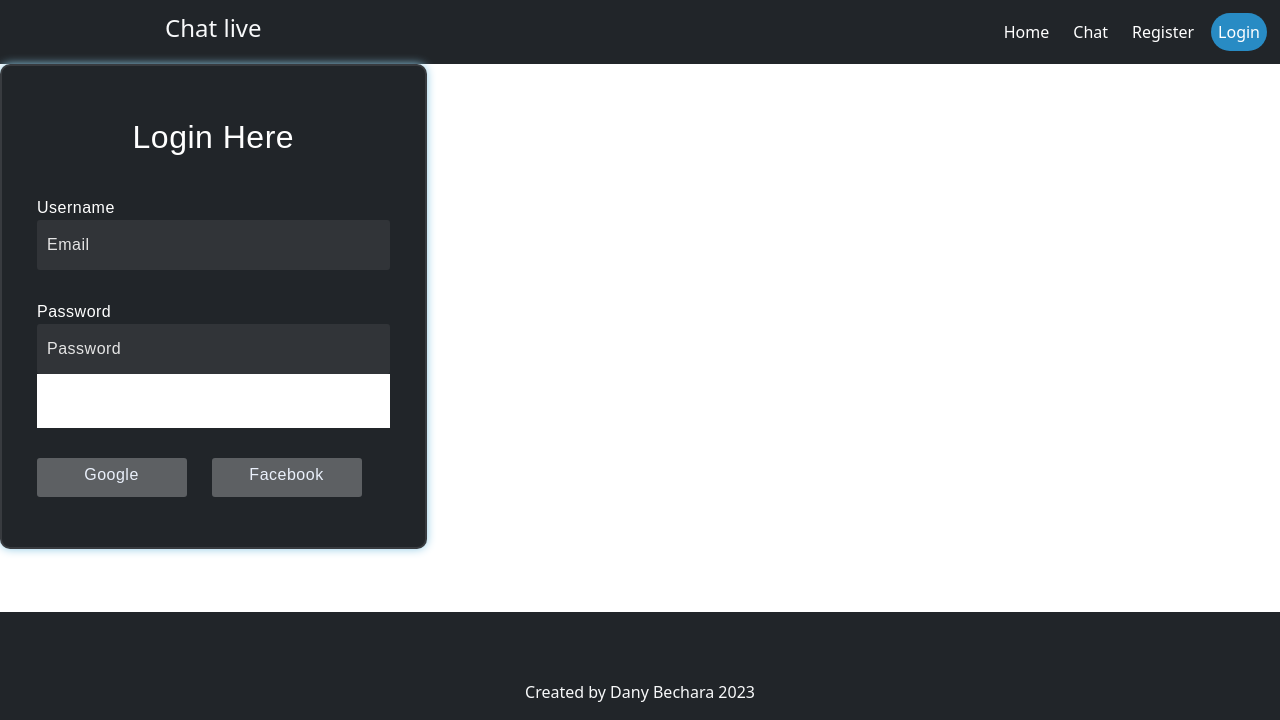
Repository: bechara611/chatv2
Page: /login
The author's editor kept a copy of each file at every save. The page is drawn from the files as they stood at one save, then again after the next save.
The browser window is 1280 px wide. The pictures show the whole page.
The project was rebuilt for these pictures with package versions that can differ from the ones it lists, and the page was loaded fresh each time. Also part of the build but not shown: src/index.css, src/auth/components/register.jsx, src/ui/components/Home.jsx.

Above is the page before, as saved 2023-03-03 10:18:02.

### src/index.js
import React from 'react';
import ReactDOM from 'react-dom/client';
import './index.css';
import App from './App';
import { BrowserRouter } from 'react-router-dom';
import 'bootstrap/dist/css/bootstrap.min.css'
import 'bootstrap/dist/js/bootstrap.bundle.js'

const root = ReactDOM.createRoot(document.getElementById('root'));
root.render(
  <BrowserRouter>
    <App />
    </BrowserRouter>
);

### src/App.js
import React from 'react'
import { Rutas } from './Router/Routes';
import { Header } from './ui/components/Header';
import './App.css'
import { Footer } from './ui/components/Footer';
const App = () => {
  return (
    <>
      <div className="contenedor-completo">
        <Header></Header>
        <Rutas></Rutas>
       <Footer></Footer>

      </div>
    </>
  )
}
export default App;

### src/Router/Routes.jsx
import React from 'react'
import { Navigate, Route, Routes } from 'react-router-dom'
import { Login } from '../auth/components/login'
import { Register } from '../auth/components/register'
import { Home } from '../ui/components/Home'

export const Rutas = () => {

    return (

        <Routes>
            <Route path='/' element={<Home></Home>}></Route>
            <Route path='/login' element={<Login></Login>}></Route>
            <Route path='/register' element={<Register></Register>}></Route>
            <Route path='/chat' element={<h1>chat</h1>}></Route>
            <Route path='/*' element={<Navigate to={'/'}></Navigate>}></Route>
        </Routes>

    )
}

### src/ui/components/Header.jsx
import React from 'react'
import { NavLink } from 'react-router-dom'
import './Header.css'
export const Header = () => {
  return (
    <>

      <div className=" bg-dark contenedor-header col-12">
        <div className="titulo-header col-sm-4 col-12">
          <h4 className='text-light'>Chat live</h4>

        </div>
        <div className="col-sm-8 col-12  contenedor-menu">
          <nav className=' m-2 nav'>

            <NavLink className={ ({isActive}) => `item-menu  ${ isActive ? 'activeLink':'' }` } to={'/'} >Home</NavLink>
            <NavLink className={ ({isActive}) => `item-menu  ${ isActive ? 'activeLink':'' }` } to={'/chat'} >Chat</NavLink>
            <NavLink className={ ({isActive}) => `item-menu  ${ isActive ? 'activeLink':'' }` } to={'/register'} >Register</NavLink>
            <NavLink className={ ({isActive}) => `item-menu  ${ isActive ? 'activeLink':'' }` } to={'/login'} >Login</NavLink>
            </nav>
        </div>




      </div>
    </>

  )
}

### src/App.css
.contenedor-completo{
    min-height: 100vh;
   position: relative;
}

### src/ui/components/Footer.jsx
import React from 'react'
import './Footer.css'


let linkdn="https://linkedin.com/in/DanyBechara";
let correo="mailto:bechara611@gmail.com";
let blank='_blank';
let github='https://github.com/bechara611';
let whatssap='https://wa.me/584120361952';

export const Footer = () => {
  return (
    <>
      {/*Aca este footer le estamos colocando una posicion absolute y a su padre relativa para poder ubicarlo al final de su div padre */}
      <div className="footer col-12 mt-5 pt-1 bg-dark">
      <a href={linkdn} target={blank} className='animate__animated animate__lightSpeedInLeft'><i className=" linkdin fa-brands fa-linkedin iconoRedes"></i></a>
      <a href={whatssap} target={blank}  className='animate__animated animate__lightSpeedInLeft'><i className="whatssap fa-brands fa-whatsapp iconoRedes"></i></a>
      <a href={correo} target={blank}  className='animate__animated animate__lightSpeedInLeft'><i className="gmail fa-solid  fa-envelope iconoRedes"></i></a>
      <a href={github} target={blank}  className='  animate__animated animate__lightSpeedInLeft'><i className=" github fa-brands fa-github iconoRedes"></i></a>

     <div className="col-12 contenedor-mensaje-footer mt-1">
     <div className="col-12 contenedor-mensaje-footer">
     <p className='mensaje text-light'>Created by Dany Bechara {new Date().getFullYear().toString()}</p>
     </div>

     </div>
      </div>
    </>

  )
}

### src/auth/components/login.jsx
import React from 'react'
import './login.css'
export const Login = () => {
    return (
        <>
            <div className="col-12 contenedor-loginRegistro">
                <div className="col-4">
                    <form className='bg-dark formularioLoginRegister'>
                        <h3>Login Here</h3>

                        <label htmlFor="username">Username</label>
                        <input type="text" placeholder="Email" id="username"></input>

                        <label htmlFor="password">Password</label>
                        <input type="password" placeholder="Password" id="password"></input>

                        <button>Log In</button>
                        <div className="social">
                            <div className="go"><i className="fab fa-google"></i>  Google</div>
                            <div className="fb"><i className="fab fa-facebook"></i>  Facebook</div>
                        </div>
                    </form>
                </div>
            </div>

            <div className="m-5 separador bg-primary"></div>
        </>
    )
}

### src/ui/components/Header.css
.contenedor-header{
    display: flex;
    flex-direction: row;
    flex-wrap: wrap;
}
.titulo-header{
    text-align: center;
    padding: 5px;
    display: flex;
    flex-direction: row;
    justify-content: center;
    align-items: center;
    align-self: center;
}
.contenedor-menu{
    display: flex;
    flex-direction: row;
    flex-wrap: nowrap;
    justify-content: flex-end;

}
.item-menu{
   margin: 5px;
   text-decoration: none;
   color: white;
  transition: all 1s ease;
   padding: 7px;
   border-radius: 20px;
}
.activeLink{
    background: rgb(40, 139, 196);
}
.item-menu:hover{
    text-decoration: none;
    background: rgb(40, 139, 196);
    color: white;
}

@media(max-width:577px){
.contenedor-menu{
        justify-content: center;
        text-align: center;
        align-self: center;
        align-items: center;
        flex-wrap: nowrap;
    }
    .nav{
        justify-content: center;
        text-align: center;
        align-self: center;
        align-items: center;
        flex-wrap: nowrap;
    }
    .item-menu{
    padding: 0px;
    }
}

### src/ui/components/Footer.css
.footer {

    background: #e5e5e5;
    position: absolute;
    bottom: 0%;
    display: flex;
    flex-direction: row;
    justify-content: center;
    text-align: center;
    align-items: center;
    justify-items: center;
    flex-wrap: wrap;

}


.iconoRedes {
    font-size: 40px;
    padding-left: 10px;
    margin: 5px;

}

.github:hover {
    color: #4b3074;

}
.github{
    color: #6e5494;
}

.whatssap:hover {
    color: #0c903c;
}
.whatssap{
    color: #25d366;

}

.gmail:hover {
    color: #e65f5f;
}

.gmail{
    color: #cc0000;
}

.linkdin:hover {
    color: #0780ac;
}

.linkdin{
    color: #0377a1;
}

.contenedor-mensaje-footer {
    display: flex;
    flex-direction: row;
    justify-content: center;
    text-align: center;
    align-items: center;
    justify-items: center;
}

/*?RESPONSIVE*/

@media(max-width:255px) {
    .iconoRedes {
        font-size: 30px;
        padding-left: 5px;
    }

    .mensaje {
        font-size: 10px;
    }
}

### src/auth/components/login.css
*,
*:before,
*:after{
    padding: 0;
    margin: 0;
    box-sizing: border-box;
}



  .formularioLoginRegister{
    margin-bottom: 100px;
    background-color: rgb(29, 29, 29,.6);
    top: 50%;
    left: 50%;
    border-radius: 10px;
    backdrop-filter: blur(10px);
    border: 2px solid rgba(255,255,255,0.1);
    box-shadow: 0 0 10px rgba(142, 201, 228, 1);
    padding: 50px 35px;
}
.formularioLoginRegister *{
    font-family: 'Poppins',sans-serif;
    color: #ffffff;
    letter-spacing: 0.5px;
    outline: none;
    border: none;
}
.formularioLoginRegister h3{
    font-size: 32px;
    font-weight: 500;
    line-height: 42px;
    text-align: center;
}

label{
    display: block;
    margin-top: 30px;
    font-size: 16px;
    font-weight: 500;
}
input{
    display: block;
    height: 50px;
    width: 100%;
    background-color: rgba(255,255,255,0.07);
    border-radius: 3px;
    padding: 0 10px;
    margin-top: 8px;
    font-size: 14px;
    font-weight: 300;
}
::placeholder{
    color: #e5e5e5;
}
button{
    margin-top: 50px;
    width: 100%;
    background-color: #ffffff;
    color: #080710;
    padding: 15px 0;
    font-size: 18px;
    font-weight: 600;
    border-radius: 5px;
    cursor: pointer;
}
.social{
  margin-top: 30px;
  display: flex;
}
.social div{
  background: red;
  width: 150px;
  border-radius: 3px;
  padding: 5px 10px 10px 5px;
  background-color: rgba(255,255,255,0.27);
  color: #eaf0fb;
  text-align: center;
}
.social div:hover{
  background-color: rgba(255,255,255,0.47);
}
.social .fb{
  margin-left: 25px;
}
.social i{
  margin-right: 4px;
}

After the next save:
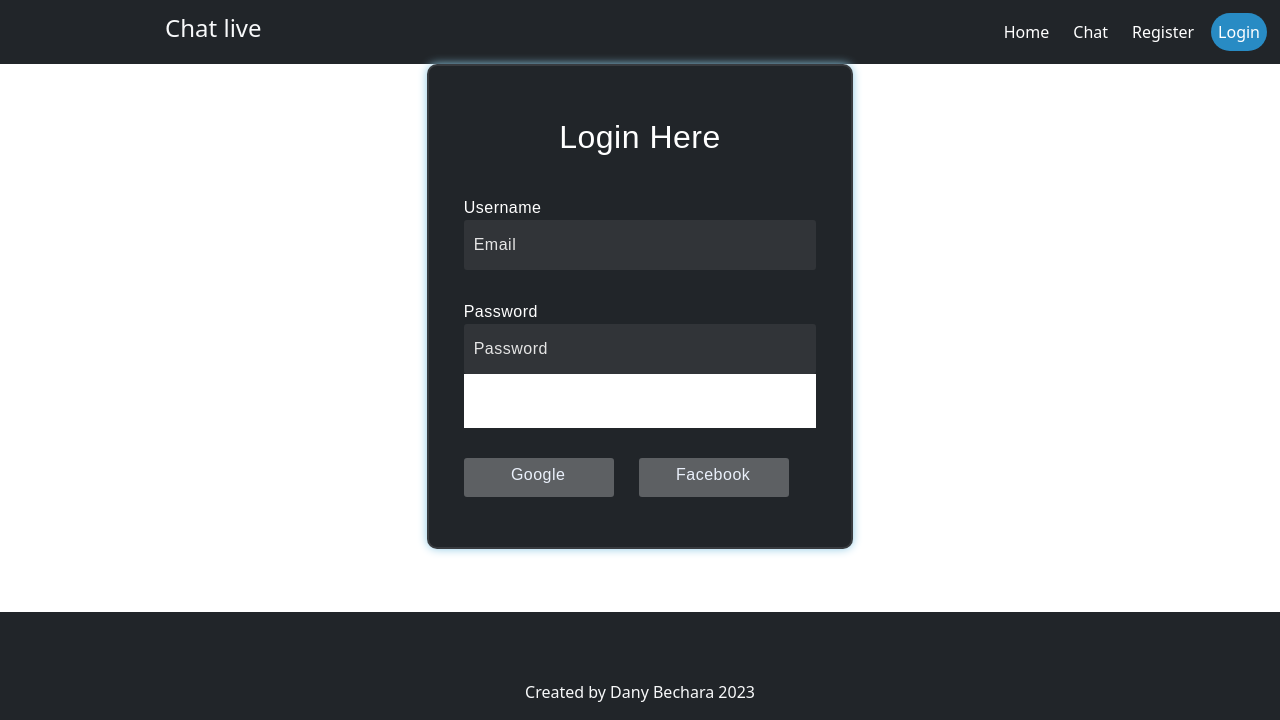
Saved 13 s later.
--- a/src/auth/components/login.css
+++ b/src/auth/components/login.css
@@ -6,7 +6,12 @@
     box-sizing: border-box;
 }
 
-
+.contenedor-loginRegistro{
+  display: flex;
+  flex-direction: row;
+  justify-content: center;
+  align-items: center;
+}
 
   .formularioLoginRegister{
     margin-bottom: 100px;
